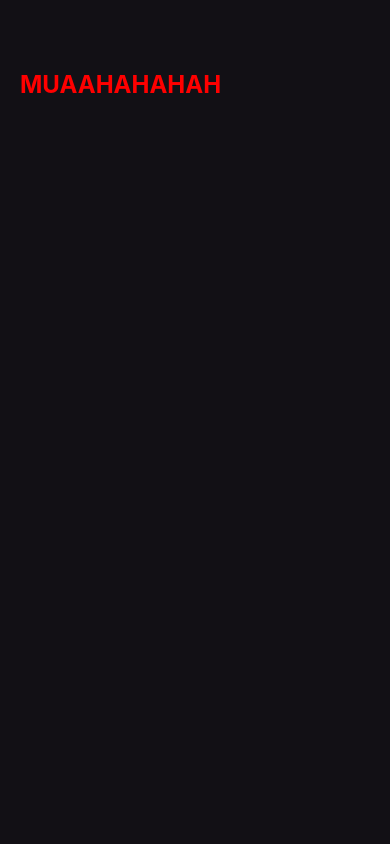
Repository: vagnereix/01-myskills-trilha-react-native
Screen: /
These files come from the project's save history. The screen is drawn as it stood at one moment and after the next save; the edit follows.
The app was drawn by React Native's web renderer in a window 390 px wide. The project was rebuilt for these pictures with package versions that can differ from the ones it lists, and the page was loaded fresh each time.

Above is the screen before, as saved 2021-06-17 17:14:07.

After the next save:
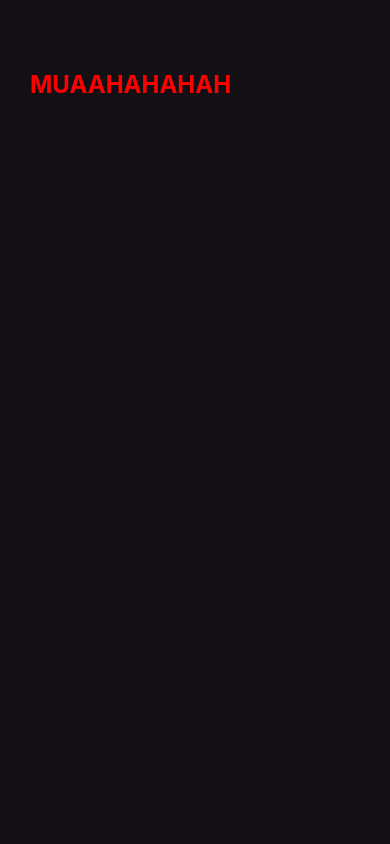
Saved 14 s later.
--- a/pages/home.tsx
+++ b/pages/home.tsx
@@ -12,7 +12,7 @@ export function Home() {
 const styles = StyleSheet.create({
     container: {
         flex: 1,
-        paddingHorizontal: 20,
+        paddingHorizontal: 30,
         paddingVertical: 70,
         backgroundColor: '#121015'
     },
